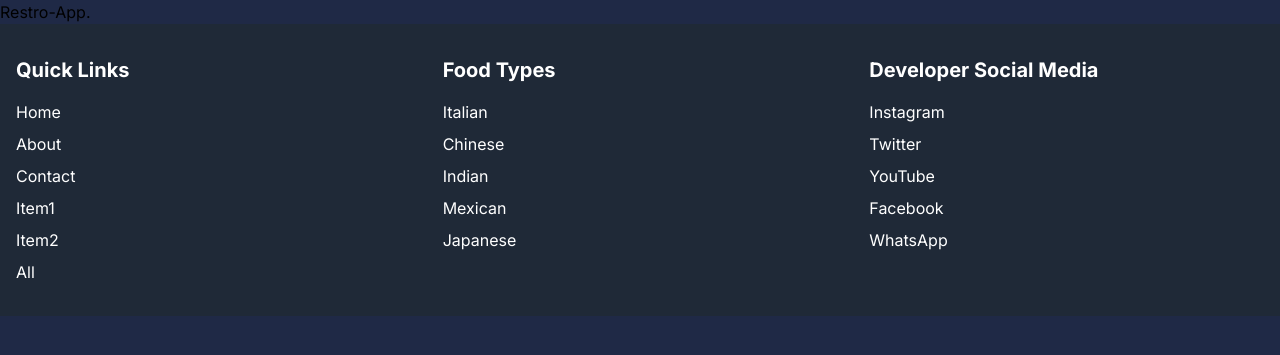
Repository: its-kundan/food-on-time
Page: /
These files come from the project's save history. The page is drawn as it stood at one moment and after a run of saves; the edit follows.
The browser window is 1280 px wide. The pictures show the whole page.
The project was rebuilt for these pictures with package versions that can differ from the ones it lists, and the page was loaded fresh each time. The framework's server and built-in components were replaced by stand-ins that run in the browser. Also part of the build but not shown: next.config.mjs.

Above is the page before, as saved 2024-07-25 08:48:43.

### src/app/page.js
import Image from "next/image";
import Footer from "./_components/Footer";

export default function Home() {
  return (
   <main className="bg-grey-800">
    Restro-App.
    <Footer/>

   </main>
  );
}

### src/app/globals.css
@tailwind base;
@tailwind components;
@tailwind utilities;
body{
  background-color: rgb(31, 41, 70); /* For background color */
  /* color: white; */
}
/*
:root {
  --foreground-rgb: 0, 0, 0;
  --background-start-rgb: 214, 219, 220;
  --background-end-rgb: 255, 255, 255;
}

@media (prefers-color-scheme: dark) {
  :root {
    --foreground-rgb: 255, 255, 255;
    --background-start-rgb: 0, 0, 0;
    --background-end-rgb: 0, 0, 0;
  }
}

body {
  color: rgb(var(--foreground-rgb));
  background: linear-gradient(
      to bottom,
      transparent,
      rgb(var(--background-end-rgb))
    )
    rgb(var(--background-start-rgb));
}

@layer utilities {
  .text-balance {
    text-wrap: balance;
  }
} */

### src/app/_components/Footer.jsx
import React from 'react';

const Footer = () => {
  return (
    <footer className="bg-gray-800 text-white py-8 mt-auto">
      <div className="container mx-auto px-4">
        <div className="grid grid-cols-1 md:grid-cols-3 gap-8">
          {/* First Column */}
          <div>
            <h3 className="text-xl font-bold mb-4">Quick Links</h3>
            <ul>
              <li className="mb-2"><a href="#">Home</a></li>
              <li className="mb-2"><a href="#">About</a></li>
              <li className="mb-2"><a href="#">Contact</a></li>
              <li className="mb-2"><a href="#">Item1</a></li>
              <li className="mb-2"><a href="#">Item2</a></li>
            </ul>
          </div>

          {/* Second Column */}
          <div>
            <h3 className="text-xl font-bold mb-4">Food Types</h3>
            <ul>
              <li className="mb-2"><a href="#">Italian</a></li>
              <li className="mb-2"><a href="#">Chinese</a></li>
              <li className="mb-2"><a href="#">Indian</a></li>
              <li className="mb-2"><a href="#">Mexican</a></li>
              <li className="mb-2"><a href="#">Japanese</a></li>
            </ul>
          </div>

          {/* Third Column */}
          <div>
            <h3 className="text-xl font-bold mb-4">Developer Social Media</h3>
            <ul>
              <li className="mb-2"><a href="#">Instagram</a></li>
              <li className="mb-2"><a href="#">Twitter</a></li>
              <li className="mb-2"><a href="#">YouTube</a></li>
              <li className="mb-2"><a href="#">Facebook</a></li>
              <li className="mb-2"><a href="#">WhatsApp</a></li>
            </ul>
          </div>
        </div>
        <p> All </p>
      </div>
    </footer>
  );
};

export default Footer;

Loaded but not shown: src/app/layout.js (common file); tailwind.config.js (common file)

After the next 2 saves:
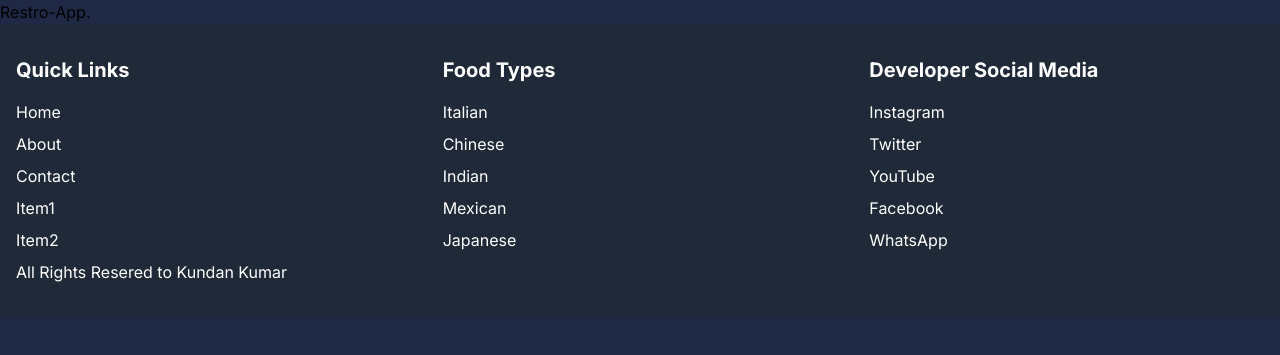
The 2 saves are shown as one change because they came seconds apart.
The last was saved 21 s later.
--- a/src/app/_components/Footer.jsx
+++ b/src/app/_components/Footer.jsx
@@ -41,7 +41,7 @@ const Footer = () => {
             </ul>
           </div>
         </div>
-        <p> All </p>
+        <p> All Rights Resered to Kundan Kumar</p>
       </div>
     </footer>
   );
